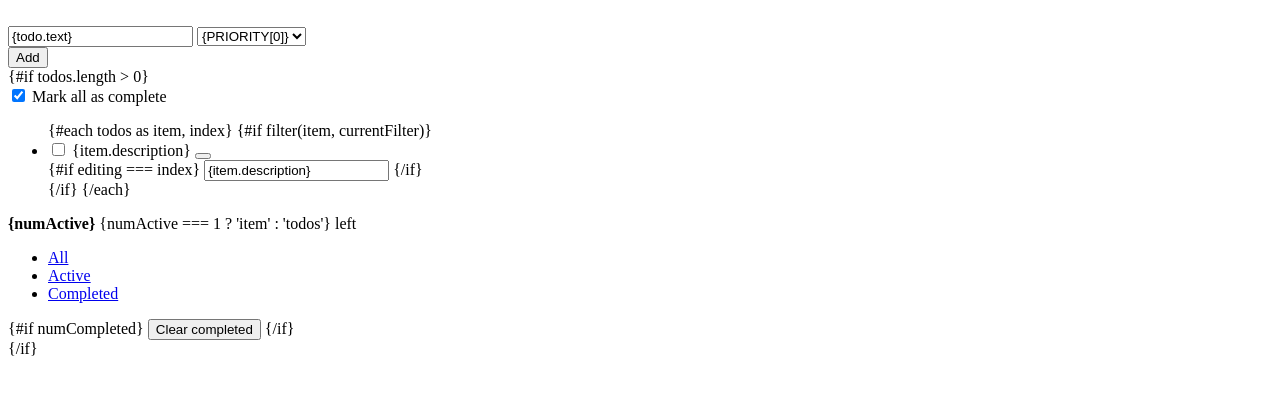
Repository: nicobrinkkemper/firebase-svelte-tododemo
Page: src/App.html
The author's editor kept a copy of each file at every save. The page is drawn from the files as they stood at one save, then again after the next save.
The browser window is 1280 px wide. The pictures show the whole page.

Above is the page before, as saved 2018-11-23 14:50:35.
Console error: SyntaxError: Unexpected token 'export'

After the next save:
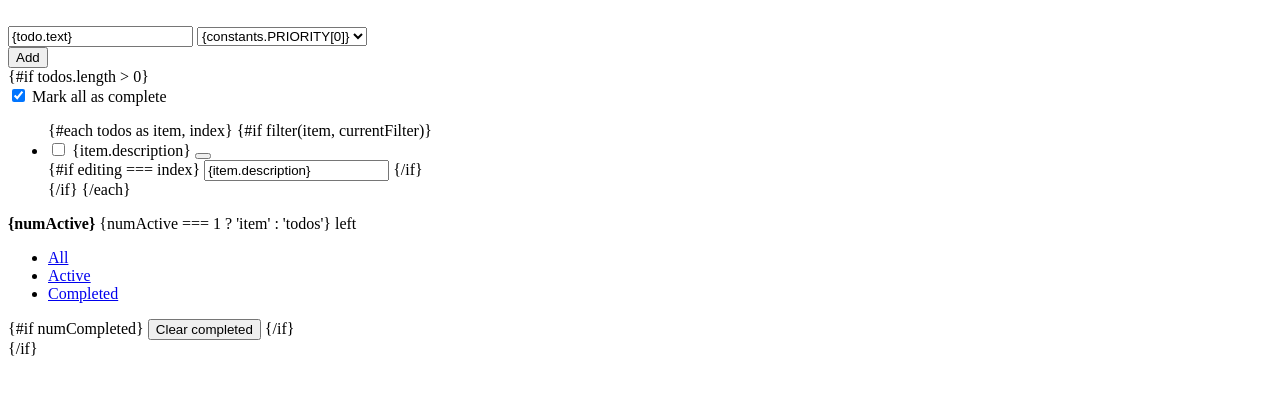
Saved 11 s later.
--- a/src/App.html
+++ b/src/App.html
@@ -6,9 +6,9 @@
 			 onChange={onTextChange} />
 
 			<select class="form-control priority" value={todo.priority || 0} onChange={onPriorityChange}>
-				<option value={0}>{PRIORITY[0]}</option>
-				<option value={1}>{PRIORITY[1]}</option>
-				<option value={2}>{PRIORITY[2]}</option>
+				<option value={0}>{constants.PRIORITY[0]}</option>
+				<option value={1}>{constants.PRIORITY[1]}</option>
+				<option value={2}>{constants.PRIORITY[2]}</option>
 			</select>
 			<div class="input-group-append">
 				<button class="btn btn-primary" onClick={onAdd}>
